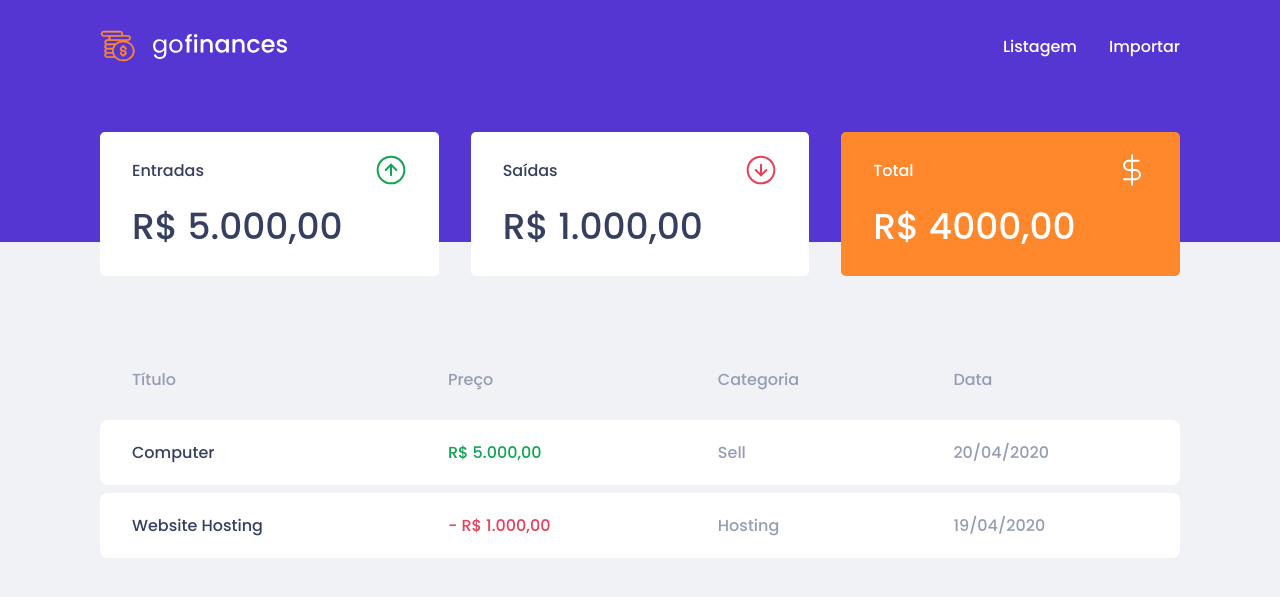
Repository: ramonmjr/desafio-fundamentos-react-transacoes
Page: /
An editor plug-in stored every save of this project. The page is shown before and after the next save, followed by the edit.
The browser window is 1280 px wide. The pictures show the whole page.
The page's requests for data from a server got no answer. The project was rebuilt for these pictures with package versions that can differ from the ones it lists, and the page was loaded fresh each time. No one was signed in, and anything a server would have sent is missing. Also part of the build but not shown: src/components/FileList/styles.ts, src/components/FileList/index.tsx, src/components/Upload/styles.ts, src/components/Upload/index.tsx, src/pages/Import/styles.ts, src/pages/Import/index.tsx.

Above is the page before, as saved 2020-11-01 15:48:31.

### src/pages/Dashboard/index.tsx
import React, { useState, useEffect } from 'react';

import income from '../../assets/income.svg';
import outcome from '../../assets/outcome.svg';
import total from '../../assets/total.svg';

import api from '../../services/api';

import Header from '../../components/Header';

import formatValue from '../../utils/formatValue';

import { Container, CardContainer, Card, TableContainer } from './styles';

interface Transaction {
  id: string;
  title: string;
  value: number;
  formattedValue: string;
  formattedDate: string;
  type: 'income' | 'outcome';
  category: { title: string };
  created_at: Date;
}

interface Balance {
  income: string;
  outcome: string;
  total: string;
}

const Dashboard: React.FC = () => {
  const [transactions, setTransactions] = useState<Transaction[]>([]);
  const [balance, setBalance] = useState<Balance>({} as Balance);

  useEffect(() => {
    async function loadTransactions(): Promise<void> {
      const response = await api.get('/transactions');

      setTransactions(response.data);
      setBalance(response.data.balance);
    }

    loadTransactions();
  }, []);

  return (
    <>
      <Header />
      <Container>
        <CardContainer>
          <Card>
            <header>
              <p>Entradas</p>
              <img src={income} alt="Income" />
            </header>
            <h1 data-testid="balance-income">R$ 5.000,00</h1>
          </Card>
          <Card>
            <header>
              <p>Saídas</p>
              <img src={outcome} alt="Outcome" />
            </header>
            <h1 data-testid="balance-outcome">R$ 1.000,00</h1>
          </Card>
          <Card total>
            <header>
              <p>Total</p>
              <img src={total} alt="Total" />
            </header>
            <h1 data-testid="balance-total">R$ 4000,00</h1>
          </Card>
        </CardContainer>

        <TableContainer>
          <table>
            <thead>
              <tr>
                <th>Título</th>
                <th>Preço</th>
                <th>Categoria</th>
                <th>Data</th>
              </tr>
            </thead>

            <tbody>
              <tr>
                <td className="title">Computer</td>
                <td className="income">R$ 5.000,00</td>
                <td>Sell</td>
                <td>20/04/2020</td>
              </tr>
              <tr>
                <td className="title">Website Hosting</td>
                <td className="outcome">- R$ 1.000,00</td>
                <td>Hosting</td>
                <td>19/04/2020</td>
              </tr>
            </tbody>
          </table>
        </TableContainer>
      </Container>
    </>
  );
};

export default Dashboard;

Loaded but not shown: public/index.html (common file); src/index.tsx (common file); src/App.tsx (common file); src/routes/index.tsx (common file); src/styles/global.ts (common file); src/services/api.ts (common file); src/components/Header/index.tsx (common file); src/pages/Dashboard/styles.ts (common file); src/components/Header/styles.ts (common file); src/utils/formatValue.ts (common file)

After the next save:
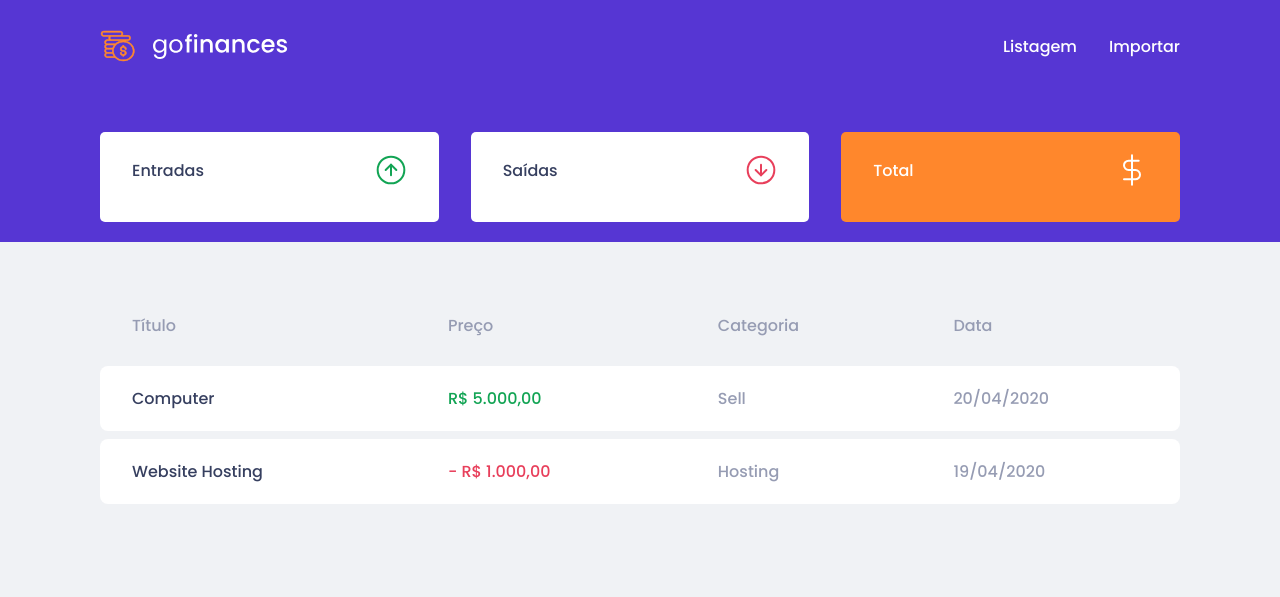
Saved 4 min 4 s later.
--- a/src/pages/Dashboard/index.tsx
+++ b/src/pages/Dashboard/index.tsx
@@ -54,21 +54,21 @@
               <p>Entradas</p>
               <img src={income} alt="Income" />
             </header>
-            <h1 data-testid="balance-income">R$ 5.000,00</h1>
+            <h1 data-testid="balance-income">{balance.income}</h1>
           </Card>
           <Card>
             <header>
               <p>Saídas</p>
               <img src={outcome} alt="Outcome" />
             </header>
-            <h1 data-testid="balance-outcome">R$ 1.000,00</h1>
+            <h1 data-testid="balance-outcome">{balance.outcome}</h1>
           </Card>
           <Card total>
             <header>
               <p>Total</p>
               <img src={total} alt="Total" />
             </header>
-            <h1 data-testid="balance-total">R$ 4000,00</h1>
+            <h1 data-testid="balance-total">{balance.total}</h1>
           </Card>
         </CardContainer>
 

After the save that followed:
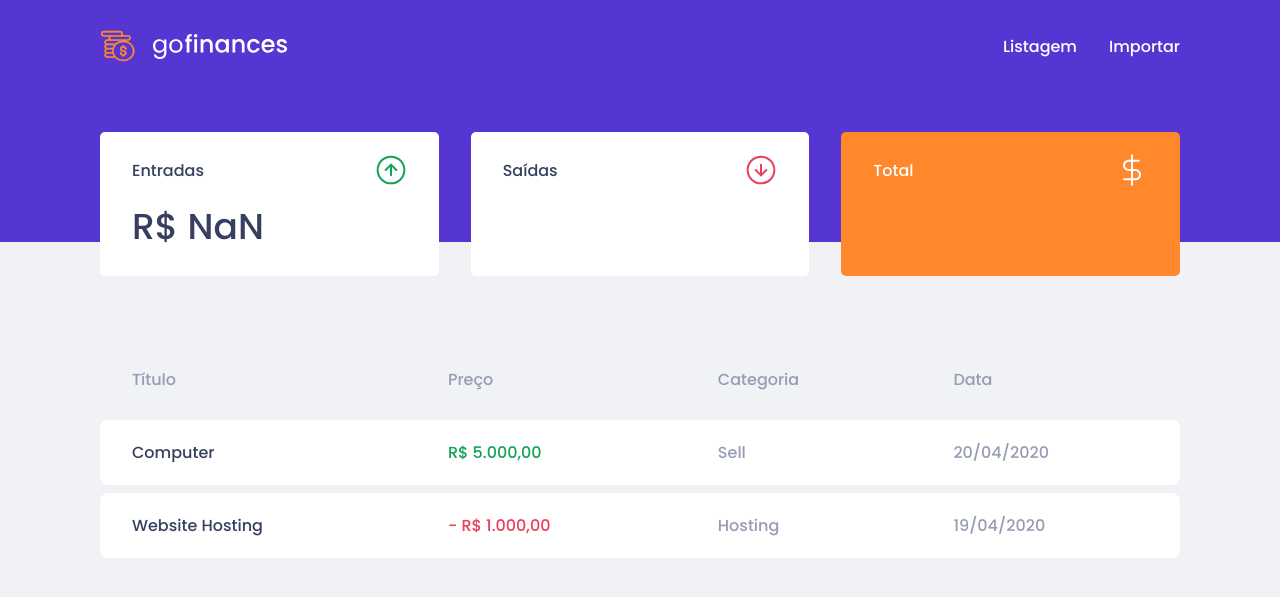
Saved 85 s later.
--- a/src/pages/Dashboard/index.tsx
+++ b/src/pages/Dashboard/index.tsx
@@ -54,7 +54,7 @@
               <p>Entradas</p>
               <img src={income} alt="Income" />
             </header>
-            <h1 data-testid="balance-income">{balance.income}</h1>
+            <h1 data-testid="balance-income">{formatValue(balance.income)}</h1>
           </Card>
           <Card>
             <header>
